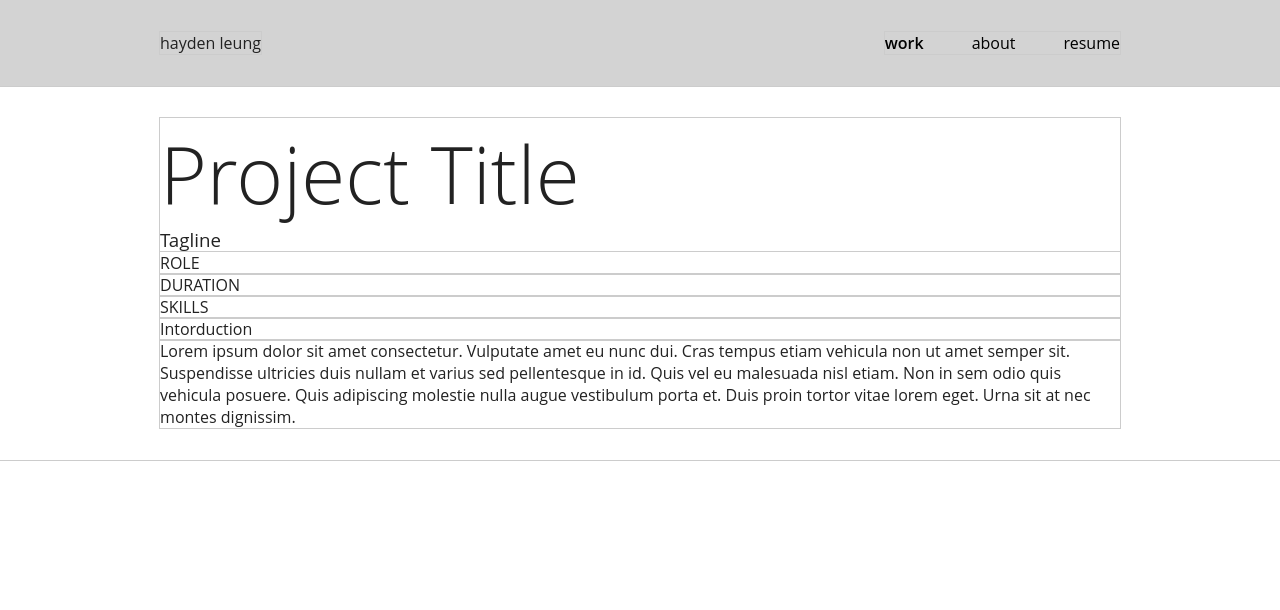
Repository: Haydenleung/Artifact
Page: /
The author's editor kept a copy of each file at every save. The page is drawn from the files as they stood at one save, then again after the next save.
The browser window is 1280 px wide. The pictures show the whole page.
The project was rebuilt for these pictures with package versions that can differ from the ones it lists, and the page was loaded fresh each time. The framework's server and built-in components were replaced by stand-ins that run in the browser. Also part of the build but not shown: next.config.mjs.

Above is the page before, as saved 2024-01-28 23:52:10.

After the next save:
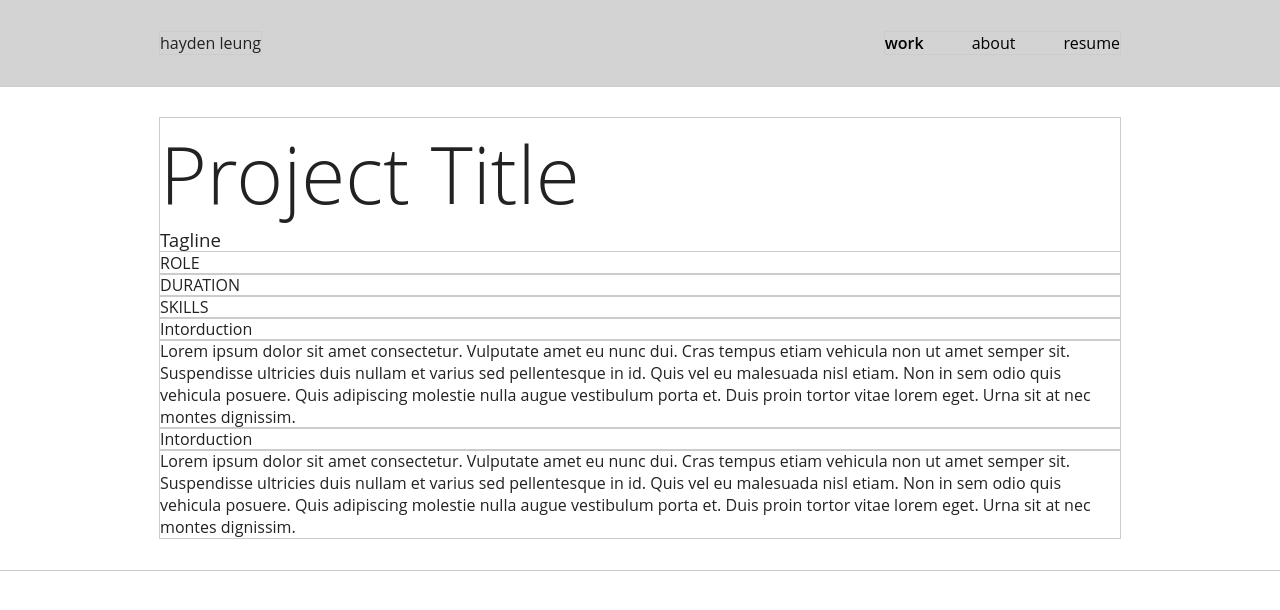
Saved 119 s later.
--- a/src/components/CaseStudy/index.tsx
+++ b/src/components/CaseStudy/index.tsx
@@ -14,6 +14,10 @@ export default function CaseStudy() {
                 <div className={"introTitle"}>Intorduction</div>
                 <div className={"introBody"}>Lorem ipsum dolor sit amet consectetur. Vulputate amet eu nunc dui. Cras tempus etiam vehicula non ut amet semper sit. Suspendisse ultricies duis nullam et varius sed pellentesque in id. Quis vel eu malesuada nisl etiam. Non in sem odio quis vehicula posuere. Quis adipiscing molestie nulla augue vestibulum porta et. Duis proin tortor vitae lorem eget. Urna sit at nec montes dignissim.</div>
             </div>
+            <div className={"introduction"}>
+                <div className={"introTitle"}>Intorduction</div>
+                <div className={"introBody"}>Lorem ipsum dolor sit amet consectetur. Vulputate amet eu nunc dui. Cras tempus etiam vehicula non ut amet semper sit. Suspendisse ultricies duis nullam et varius sed pellentesque in id. Quis vel eu malesuada nisl etiam. Non in sem odio quis vehicula posuere. Quis adipiscing molestie nulla augue vestibulum porta et. Duis proin tortor vitae lorem eget. Urna sit at nec montes dignissim.</div>
+            </div>
         </div>
     )
 }
